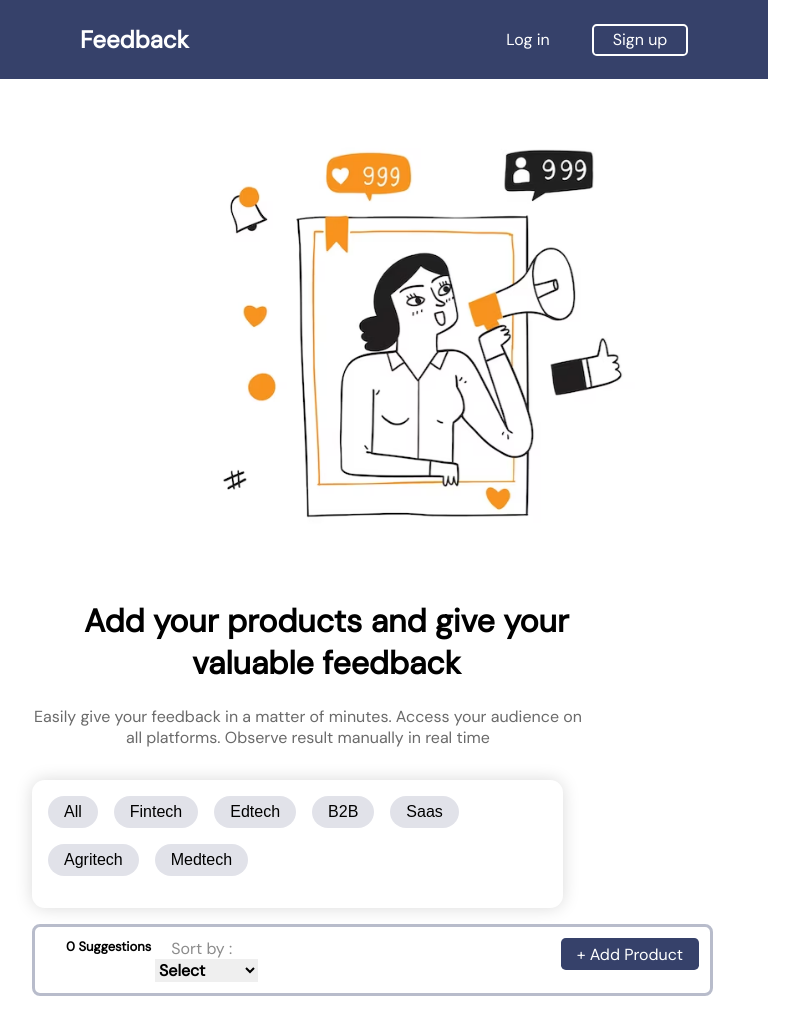
Repository: drumsmanku/final-evaluation-test
Page: / (app in client/)
The author's editor kept a copy of each file at every save. The page is drawn from the files as they stood at one save, then again after the next save.
The browser window is 768 px wide. The page is 800 px wide, so the pictures cover 800 px, including what lies to the right of the window. The pictures show the whole page.
The page's requests for data from a server got no answer. The project was rebuilt for these pictures with package versions that can differ from the ones it lists, and the page was loaded fresh each time. No one was signed in, and anything a server would have sent is missing. Also part of the build but not shown: client/src/CSS/LoginPopUp.css, client/src/Components/LoginPopUp.js, client/src/CSS/SignupPopUp.css, client/src/Components/SignupPopUp.js, client/src/CSS/AddProductPopUp.css, client/src/Components/AddProductPopUp.js, client/src/Components/CommentsSection.js, client/src/CSS/SignUp.css and 3 more.

Above is the page before, as saved 2023-08-01 00:39:22.

### client/src/App.js
import './App.css';
import { BrowserRouter as Router, Route, Routes} from 'react-router-dom';
import MainPage from './Components/MainPage';
import SignUp from './Components/SignUp';
import Login from './Components/Login';
function App() {
  return (
    <div className="App">
      <Router>
        <Routes>
          <Route path='/' element={<MainPage/>}/>
          <Route path='/signup' element={<SignUp/>}/>
          <Route path='/login' element={<Login/>}/>
        </Routes>
      </Router>
    </div>
  );
}

export default App;

### client/src/Components/MainPage.js
import React, {useState, useEffect, useMemo} from 'react';
import '../CSS/MainPage.css';
import profile from'../Assets/profilepic.webp';
import img1 from '../Assets/frontphoto.png';
import axios from 'axios';
import comments from '../Assets/comments.png';
import { useNavigate } from 'react-router-dom';
import LoginPopUp from './LoginPopUp';
import SignupPopUp from './SignupPopUp';
import AddProductPopUp from './AddProductPopUp';
import CommentsSection from './CommentsSection';
import upvote from '../Assets/upvote.png';
import comment1 from '../Assets/comment1.png';

const buttonTitles=['All', 'Fintech', 'Edtech', 'B2B', 'Saas', 'Agritech', 'Medtech'];
const buttonStyles={
  padding:'0.2rem 1rem 0.2rem 1rem',
  backgroundColor:'#36416A26',
  fontSize:'medium',
  borderRadius:'1rem',
  border:'none',
  margin:'0 1rem 1rem 0',
  height:'2rem',
  textAlign:'center',
}
const productCardsStyles={
  padding:'1rem',

  width:'98%',
  marginBottom:'1rem',
  display: 'flex',
  borderRadius:'0.5rem'
}
const tagStyles={
  paddingRight:'1.3em',
  paddingLeft:'1.3em',
  backgroundColor:'#C0CEFF',
  fontSize:'small',
  borderRadius:'1rem',
  border:'none',
  height:'1.5rem',
  textAlign:'center',
  display:'flex',
  alignItems:'center',
  marginRight:'1rem',
}

function MainPage() {
  const navigate =useNavigate()
  const [categorySet, setCategorySet]=useState([]);
  const [user, setUser] = useState(localStorage.getItem('user'));
  const [isLoggedIn, setIsLoggedIn]=useState(false);
  const [products, setProdcts]=useState([]);
  const [showLoginModal, setShowLoginModal] = useState(false);
  const [showSignupModal, setShowSignupModal] = useState(false);
  const [showAddModal, setShowAddModal] = useState(false);
  const [isVisible, setIsVisible] = useState(false);
  const [commentProductId, setCommentProductId] = useState(null);
  const [commentsLength, setCommentsLength]=useState(0);
  const [productCounts, setProductCounts] = useState({});
  const [upvotes, setUpvotes]=useState(0);
  const [sortOption, setSortOption] = useState('Select');


  useEffect(()=>{
    const User=localStorage.getItem('user');
    if(User){
      setIsLoggedIn(true);
    }

  }, []);




  const handleLogin = () => {
    setShowLoginModal(true);
  };
  const handleSignup = () => {
    setShowSignupModal(true);
  };
  const handleAdd = () => {
    if (isLoggedIn) {
      setShowAddModal(true);
    } else {
      setShowSignupModal(true);
    }
  };

  const handleShowComments = (productId) => {
    setCommentProductId(productId);
  };
  const handleLogout=()=>{
    localStorage.removeItem('user');
    setIsLoggedIn(false);
    navigate('/login');
  }
  const handleCategoryClick=(event)=>{
    const currentCat=event.target.value;
    if(!categorySet.includes(currentCat)){
      setCategorySet([...categorySet, event.target.value]);
      event.target.style.backgroundColor="#36416A"
    }
    else{
      setCategorySet(categorySet.filter(cat=>cat!=currentCat))
      event.target.style.backgroundColor="#36416A26"
    }

  }

  useEffect(()=>{
    const category=categorySet
    axios.get(`http://localhost:4000/get-prods?category=${category.join(',')}`)
    .then((res)=>{setProdcts(res.data.products);console.log(res.data.products)})
    .catch(err=>console.log(err))

  }, [categorySet]);

  const handleUpvotes=(prodId, event)=>{

    axios.post('http://localhost:4000/add-upvote', {
      productId: prodId,
      upvoteCount:1,
    })
    .then(window.location.reload())
    .catch(err=>console.log(err))
  }

  const sortedProducts = useMemo(() => {
    if (sortOption === 'upvotes') {
      return [...products].sort((a, b) => (b.upvoteCount || 0) - (a.upvoteCount || 0));
    } else if (sortOption === 'comments') {
      return [...products].sort((a, b) => (b.commentsCount || 0) - (a.commentsCount || 0));
    }
    return products;
  }, [products, sortOption]);



  return (
    <div className='main-container'>
      <div className="main-top-container">
        <div className='navbar' >
          <div style={{display:'flex',width:'100%', justifyContent:' space-between', alignItems:'center',}}>
          <h3 style={{marginLeft:'5rem', color:'white', fontSize:'1.5rem'}}>Feedback</h3>
          <div style={{display:'flex', marginRight:'5rem'}}>
              {isLoggedIn ? (
                <>
                  <button style={{background:'none', fontSize:'large', border:'none', fontFamily:'DM Sans', color:'white'}} onClick={handleLogout}>Logout</button>
                  <span style={{color:'white', fontFamily:'DM Sans', fontSize:'large', display:'flex', alignItems:'center', marginLeft:'1rem'}}>Hello! {user}</span>
                  <img src={profile} alt="" height={50} width={50} style={{borderRadius:'100%', marginLeft:'1rem'}} />
                </>
              ) : (
                <>
                   <button className="btn-main-page-login" type="submit" onClick={()=>{navigate('/login')}}>
                    Log in
                  </button>
                  <button type='submit'  className='btn-main-page-register' onClick={()=>{navigate('/signup')}} >Sign up</button>
                </>
              )}



            </div>
          </div>
        </div>
        <div className="title-desc">
          <img src={img1} alt="" height={500} style={{marginLeft:'3rem'}}/>
          <div className='both-texts' style={{display:'flex', flexDirection:'column', marginLeft:'2rem'}}>
              <h1 className='main-heading' style={{maxWidth:'80%'}}> Add your products and give your valuable feedback</h1>
              <span style={{maxWidth:'75%', color:'#6A6A6A'}}>Easily give your feedback in a matter of minutes. Access your audience on all platforms. Observe result manually in real time</span>
          </div>
        </div>
      </div>
      <div className="main-bottom-container">
        <div className="bottom-left">
          <article className='apply-filter' style={{backgroundColor:'#36416A', width:'74%', color:'white', paddingTop:'2rem', borderRadius:'0.8rem', marginBottom:'2rem'}}>
            <h2 style={{marginBottom:'0.4rem',marginLeft:'1rem'}}>Feedback</h2>
            <h5 style={{marginTop:0, marginLeft:'1rem'}}>Apply Filter</h5>
          </article>
          <article className='mapped-cats'style={{width:'65%', borderRadius:'0.8rem', padding:'1em', boxShadow:'0 0 17px #00000026',}}>
             {buttonTitles.map((title, idx)=>(
              <button value={title} onClick={handleCategoryClick} style={{...buttonStyles}} key={idx}>{title}</button>
             ))}
          </article>
        </div>
        <div className="bottom-right">
          <div className='bottom-top-right'>
            <div style={{display:'flex', width:'30%', justifyContent:'space-between',marginLeft:'1rem'}}>
              <span className='suggestions' style={{ fontWeight:'bold', }}>{products.length} Suggestions</span>
              <span>
                <label style={{ fontSize: 'medium', color: '#8B8B8B', marginRight:'0.6rem' }} htmlFor="sort">Sort by :</label>
                <select className='select' style={{border:'none', outline:'none', fontFamily:'DM Sans', fontSize:'medium', fontWeight:'bold'}} value={sortOption} onChange={(e) => setSortOption(e.target.value)}>
                  <option value="Select">Select</option>
                  <option value="upvotes">Upvotes</option>
                  <option value="comments">Comments</option>
                </select>
              </span>
            </div>
            <button className='add-product-button' onClick={handleAdd}>+ Add Product</button>
          </div>
          {showLoginModal && <LoginPopUp closeModal={() => setShowLoginModal(false)} showLoginModal={showLoginModal} setShowSignupModal={setShowSignupModal} />}
          {showSignupModal && (
              <SignupPopUp
                closeModal={() => setShowSignupModal(false)}
                showSignupModal={showSignupModal}
                setShowLoginModal={setShowLoginModal}
              />
            )}
          {isLoggedIn ? (
            showAddModal && (
              <AddProductPopUp
                closeModal={() => setShowAddModal(false)}
                showAddModal={showAddModal}
              />
            )
          ) : (
            showSignupModal && (
              <SignupPopUp
                closeModal={() => setShowSignupModal(false)}
                showSignupModal={showSignupModal}
                setShowLoginModal={setShowLoginModal}
              />
            )
          )}


          <div className="product-cards">
            {
              sortedProducts.map((product, key)=>(
                <div className='main-card-container-div' style={{display:'flex', flexDirection:'column', backgroundColor:'#36416A26',marginBottom:'1rem',borderRadius:'0.5rem', padding:'0 1rem 0 1rem'}}>
                  <div style={{...productCardsStyles}}>
                    <div className='logo' style={{width:'10%'}}>{product.logoURL}</div>
                    <div style={{display:'flex', justifyContent:'space-between', width:"90%"}}>
                      <div className="card-main-info">
                        <h2 style={{marginTop:0, marginBottom:'0.5rem', color:'#36416A'}}>{product.companyName}</h2>
                        <span style={{marginBottom:'1rem'}}>{product.description}</span>
                        <div style={{display:'flex', width:'40%', justifyContent:'space-between'}}>
                          <div style={{display:'flex'}}>
                            {product.category.map((catTitle, idx)=>(
                              <span style={{...tagStyles}}>{catTitle}</span>
                            ))}
                          </div>
                          <button className='comments-button' onClick={() => handleShowComments(product._id)}> <img style={{marginRight:'0.3rem'}} src={comments} alt="" height={25}  />Comment</button>
                        </div>
                      </div>
                      <div className="upvotes">
                        <div className="upvote-container">
                          <button onClick={()=>{handleUpvotes(product._id)}} style={{background:'none', outline:'none', border:'none', cursor:'pointer'}}><img style={{}} src={upvote} alt="" /></button>
                          <span>{product.upvoteCount || 0}</span>
                        </div>
                        <div className='comments-and-edit' style={{height:'50%', display:'flex', alignItems:"center", width:'230%'}}>
                          {isLoggedIn && (<button className='edit-popup-button' type="submit" style={{ cursor:'pointer'}} >Edit</button>)}
                          <div className="comment-count" style={{}}>
                            {product.commentsCount || 0}
                            <img src={comment1} alt="" height={20} style={{marginLeft:'0.2rem'}} />
                          </div>

                        </div>
                      </div>
                    </div>
                  </div>
                  {commentProductId === product._id && <CommentsSection productId={product._id}   />}
                </div>

              ))
            }
          </div>
        </div>
      </div>
    </div>
  )
}

export default MainPage

### client/src/CSS/MainPage.css
@import url('https://fonts.googleapis.com/css2?family=DM+Sans&display=swap');

body{
  font-family: 'DM Sans';
}
.main-container{
  height: 100vh;
  width: 100vw;
  display: flex;
  flex-direction: column;

}
.main-top-container{
  width: 100%;
}
.btn-main-page-login{
  height: 2rem;
  width: 6rem;
  font-weight: 500;
  font-size: medium ;
  background: none;
  border: none;
  border-radius: 0.3rem;
  margin-left: 1rem;
  margin-bottom:0;
  color: white;
  font-family: 'DM Sans';
  cursor: pointer;
}
.btn-main-page-register{
  height: 2rem;
  width: 6rem;
  font-size: medium;
  font-weight: 500;
  background-color: #36416A;
  border: 2px solid white;
  border-radius: 0.3rem;
  margin-left: 1rem;
  margin-bottom:0;
  color: white;
  font-family: 'DM Sans';
  cursor: pointer;
}
.navbar{
  width: 100%;
  background-color: #36416A;
}
.title-desc{
  width: 100%;
  display: flex;
  align-items: center;
  justify-content: space-around;

}
.bottom-left{
  width: 20%;
  display: flex;
  flex-direction: column;
  align-items: center;
  margin-left: 2rem;

}
.bottom-right{
  width: 75%;
}
.main-bottom-container{
  width:100%;
  display: flex;
}
.bottom-top-right{
  width: 98%;
  display: flex;
  justify-content: space-between;
  border: 3px solid #36416A59;
  padding: 0.7rem;
  border-radius: 0.5rem;

}
.add-product-button{
  height: 2rem;
  font-size: medium;
  font-weight: 500;
  background-color: #36416A;
  border:none;
  border-radius: 0.3rem;
  margin-left: 1rem;
  margin-bottom:0;
  color: white;
  font-family: 'DM Sans';
  cursor: pointer;
  padding-left: 1em;
  padding-right: 1em;
}
.product-cards{
  width: 100%;
  display: flex;
  padding-top: 2rem;
  flex-direction: column;
}
.card-main-info{
  width: 100%;
  display: flex;
  flex-direction: column;
}
.comments-button{
  color: #ABABAB;
  border: none;
  outline: none;
  background: none;
  font-size: small;
  letter-spacing: 0.1rem;
  display:flex;
  align-items: center;
  cursor: pointer;
}
.upvotes{
  width: 10%;
  display: flex;
  flex-direction: column;
  align-items: center;
  justify-content: space-between;
}
.upvote-container{
  display: flex;
  flex-direction: column;
  justify-content: space-between;
  padding: 0.5rem 0.2rem 0.5rem 0.2rem;
  background-color: #C7CBD6;
  border-radius:1rem;
  align-items: center;
}
.comment-count{
  display: flex;
  align-items: center;

  height: 100%;
  width: 100%;
  margin-left: 1rem;
}
.edit-popup-button{
  padding-left: 1.7rem;
  padding-right: 1.7rem;
  color: white;
  height: 2rem;
  font-size: medium;
  border-radius: 1rem;
  border: none;
  background-color: #36416A;

}
@media (max-width: 768px) {
  .main-container {
    flex-direction: column;
  }
  .title-desc{
    flex-direction: column;
  }
  .both-texts{
    margin-bottom: 2rem;
    margin-left: 10rem;
  }
  .apply-filter{
    display: none;
  }
  .main-heading{
    max-width: 90%;
  }
  .main-bottom-container{
    flex-direction: column;
    justify-content: center;
  }
  .mapped-cats{
    display: flex;
    max-width: 80%;
    width: 100%;
    margin-bottom: 1rem;
    flex-wrap: wrap;
  }
  .bottom-left{
    width: 100%;
    flex-direction: row;
    margin-right: 0;
  }
  .bottom-top-right{
    width: 85vw;
    font-size: small;
    margin-left: 2rem;
  }
  .suggestions{
    width: 100%;
  }
  .product-cards{
    width: 90vw;
  }
  .main-card-container-div{
    width: 90%;
    font-size: small;
    margin-left: 2rem;
  }
  .comments-and-edit{
    display: block;
  }
}
@media (max-width: 480px) {
  .main-container {
    flex-direction: column;
  }
  .title-desc{
    flex-direction: column;
  }
}

Loaded but not shown: client/public/index.html (common file); client/src/index.js (common file); client/src/index.css (common file); client/src/App.css (common file)

After the next save:
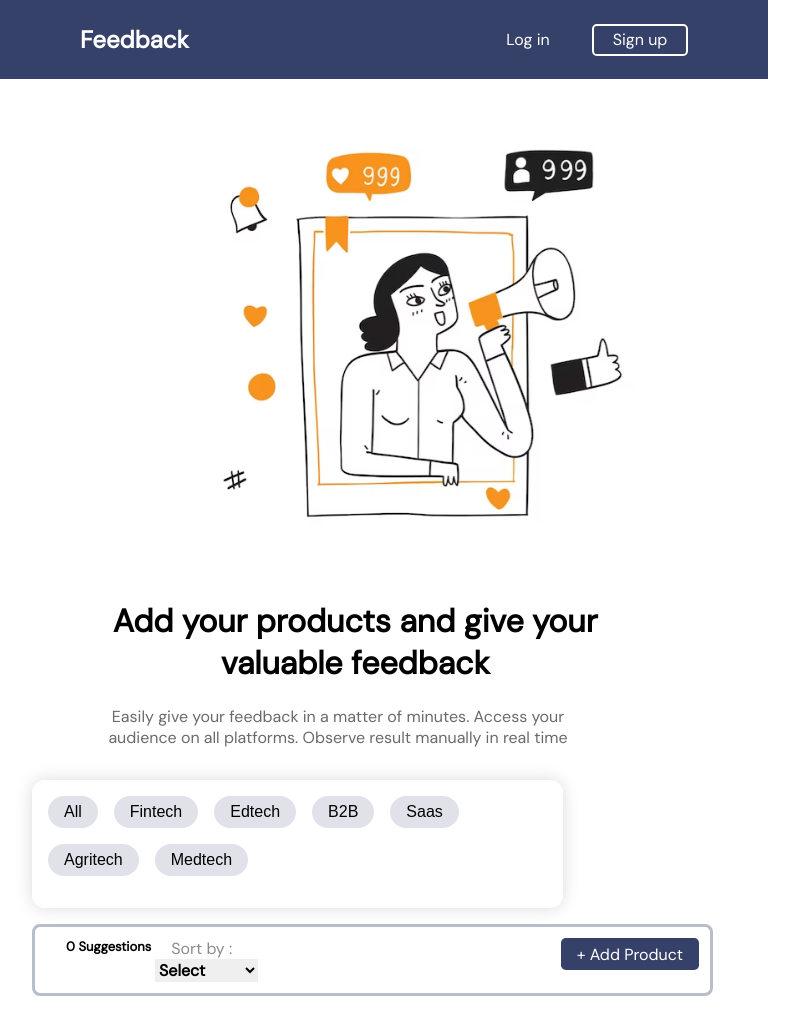
Saved 14 s later.
--- a/client/src/CSS/MainPage.css
+++ b/client/src/CSS/MainPage.css
@@ -157,7 +157,7 @@ body{
   }
   .both-texts{
     margin-bottom: 2rem;
-    margin-left: 10rem;
+    padding-left: 3rem;
   }
   .apply-filter{
     display: none;
